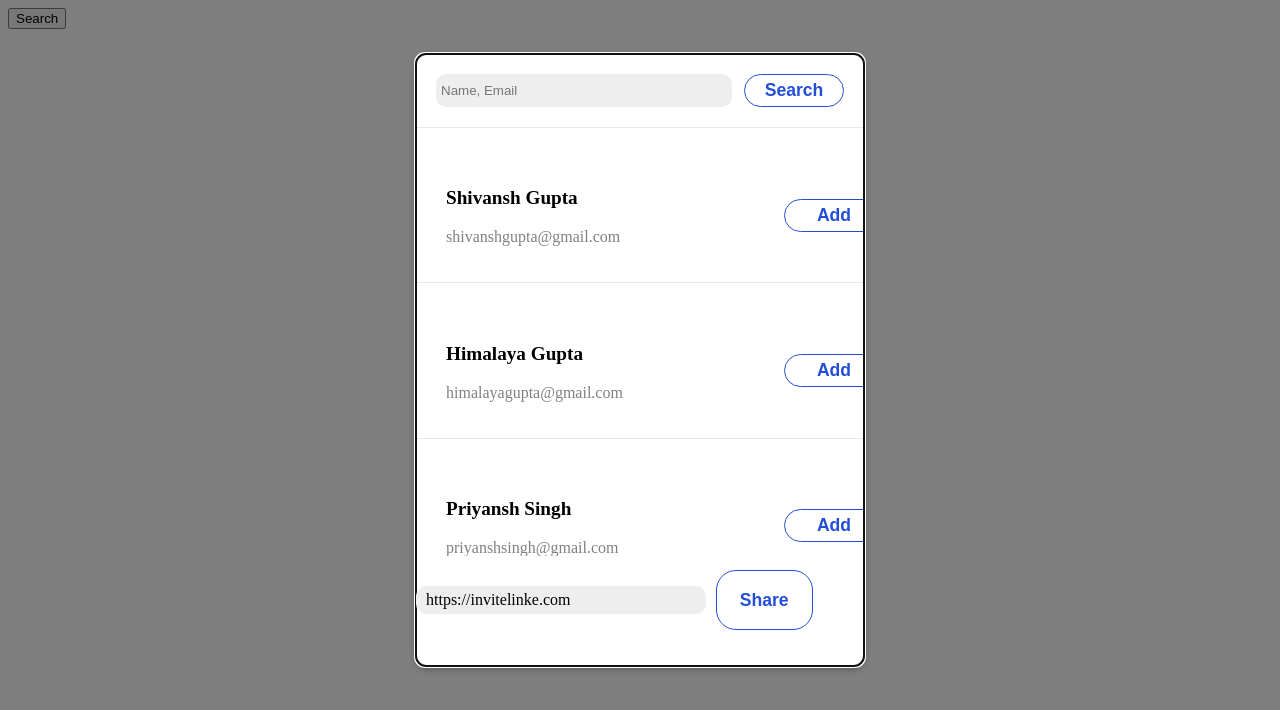
Repository: shiv0403/event-planner
Page: /, after clicking the first element matching `button`
These files come from the project's save history. The page is drawn as it stood at one moment and after the next save; the edit follows.
The browser window is 1280 px wide. The pictures show the whole page.
An inner scrolling area shows only its first screen. The project was rebuilt for these pictures with package versions that can differ from the ones it lists, and the page was loaded fresh each time.

Above is the page before, as saved 2021-07-27 12:43:42.

After the next save:
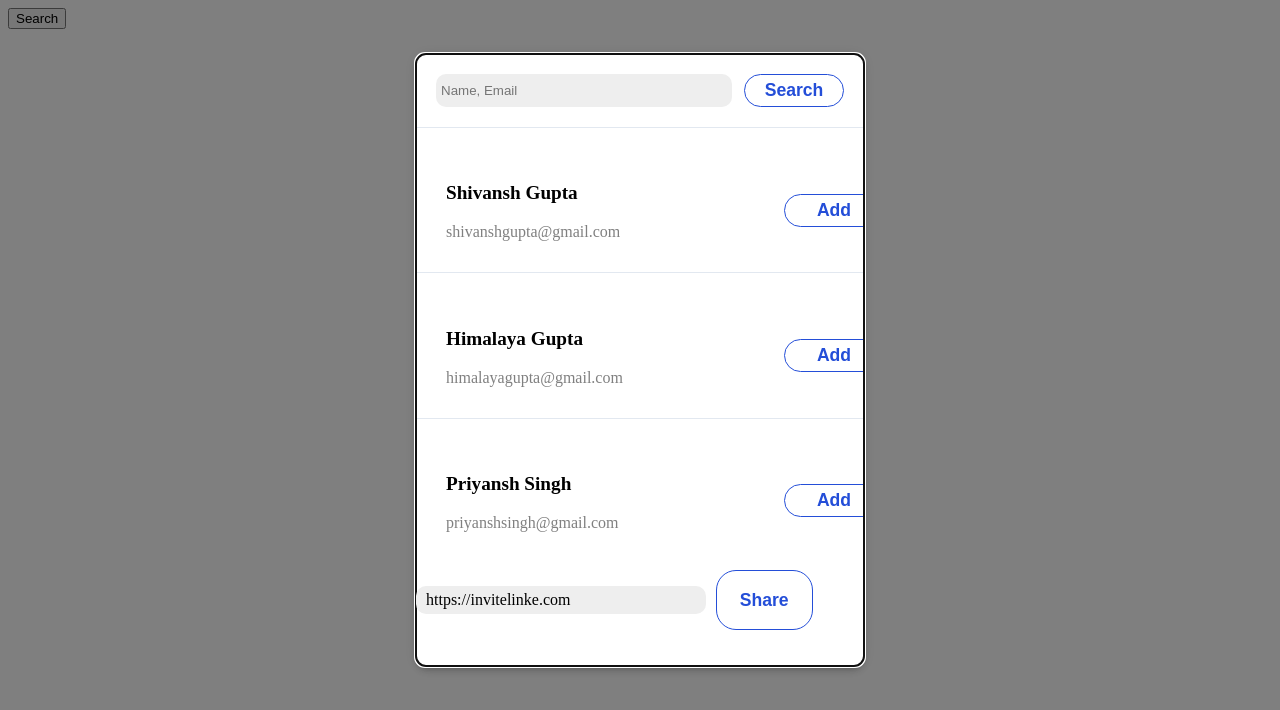
Saved 16 s later.
--- a/src/Components/SearchModal/SearchPerson.css
+++ b/src/Components/SearchModal/SearchPerson.css
@@ -2,7 +2,7 @@
   display: flex;
   justify-content: space-between;
   align-items: center;
-  padding: 10px 20px;
+  padding: 5px 20px;
   width: 100%;
   margin: 20px auto;
   border-bottom: 1px #e2e8f0 solid;
